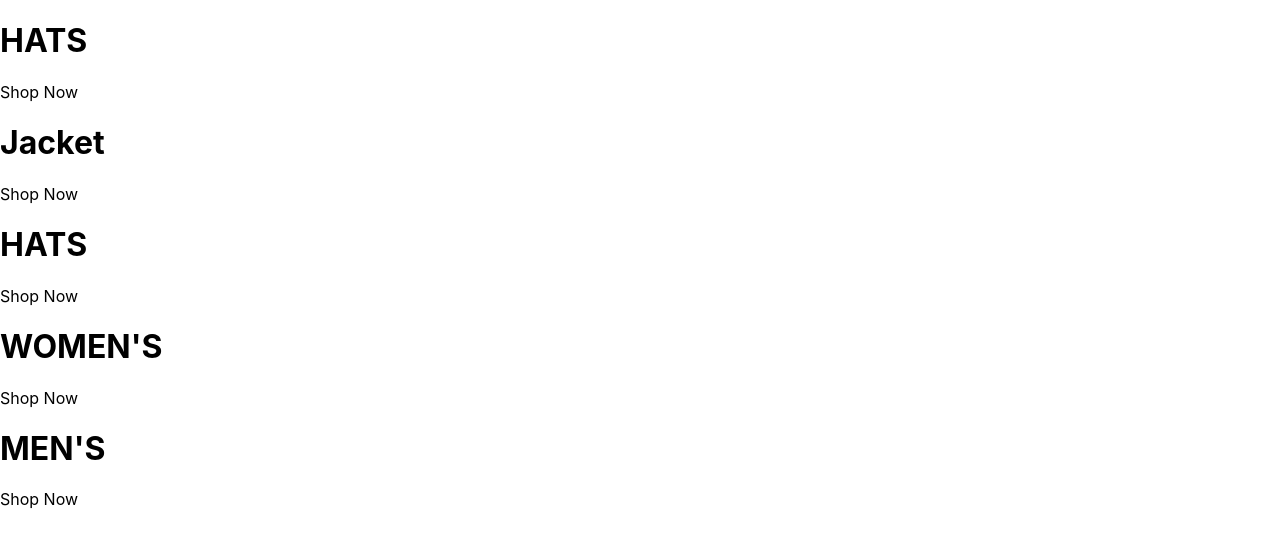
Repository: MikeTroianello/commerce-store
Page: /signin
An editor plug-in stored every save of this project. The page is shown before and after the next save, followed by the edit.
The browser window is 1280 px wide. The pictures show the whole page.
The project was rebuilt for these pictures with package versions that can differ from the ones it lists, and the page was loaded fresh each time. Also part of the build but not shown: src/App.css.

Above is the page before, as saved 2019-09-07 09:26:09.

### src/App.js
import React from 'react';

import Homepage from './homepage.component';

import './App.css';

function App() {
  return (
    <div>
      <Homepage />
    </div>
  );
}

export default App;

### src/homepage.component.js
import React from 'react';

export default function Homepage() {
  return (
    <div className='homepage'>
      <div className='directory-menu'>
        <div className='menu-item'>
          <div className='content'>
            <h1 className='title'>HATS</h1>
            <span className='subtitle'>Shop Now</span>
          </div>
        </div>
      </div>
      <div className='directory-menu'>
        <div className='menu-item'>
          <div className='content'>
            <h1 className='title'>Jacket</h1>
            <span className='subtitle'>Shop Now</span>
          </div>
        </div>
      </div>
      <div className='directory-menu'>
        <div className='menu-item'>
          <div className='content'>
            <h1 className='title'>HATS</h1>
            <span className='subtitle'>Shop Now</span>
          </div>
        </div>
      </div>
      <div className='directory-menu'>
        <div className='menu-item'>
          <div className='content'>
            <h1 className='title'>WOMEN'S</h1>
            <span className='subtitle'>Shop Now</span>
          </div>
        </div>
      </div>
      <div className='directory-menu'>
        <div className='menu-item'>
          <div className='content'>
            <h1 className='title'>MEN'S</h1>
            <span className='subtitle'>Shop Now</span>
          </div>
        </div>
      </div>
    </div>
  );
}

Loaded but not shown: public/index.html (common file); src/index.js (common file); src/index.css (common file)

After the next save:
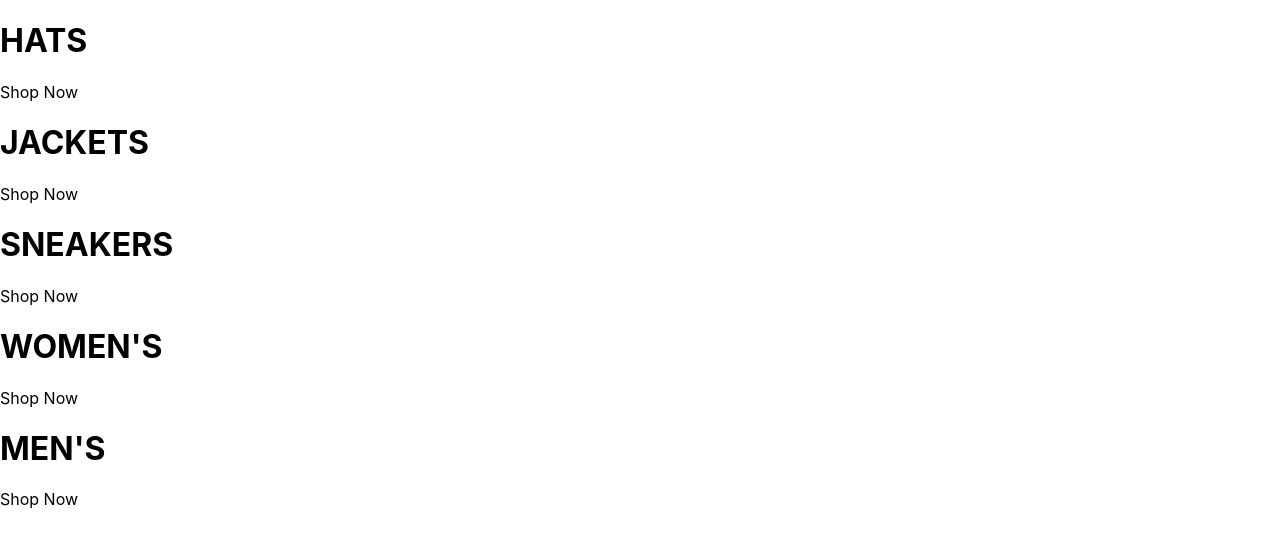
Saved 23 s later.
--- a/src/homepage.component.js
+++ b/src/homepage.component.js
@@ -14,7 +14,7 @@ export default function Homepage() {
       <div className='directory-menu'>
         <div className='menu-item'>
           <div className='content'>
-            <h1 className='title'>Jacket</h1>
+            <h1 className='title'>JACKETS</h1>
             <span className='subtitle'>Shop Now</span>
           </div>
         </div>
@@ -22,7 +22,7 @@ export default function Homepage() {
       <div className='directory-menu'>
         <div className='menu-item'>
           <div className='content'>
-            <h1 className='title'>HATS</h1>
+            <h1 className='title'>SNEAKERS</h1>
             <span className='subtitle'>Shop Now</span>
           </div>
         </div>
